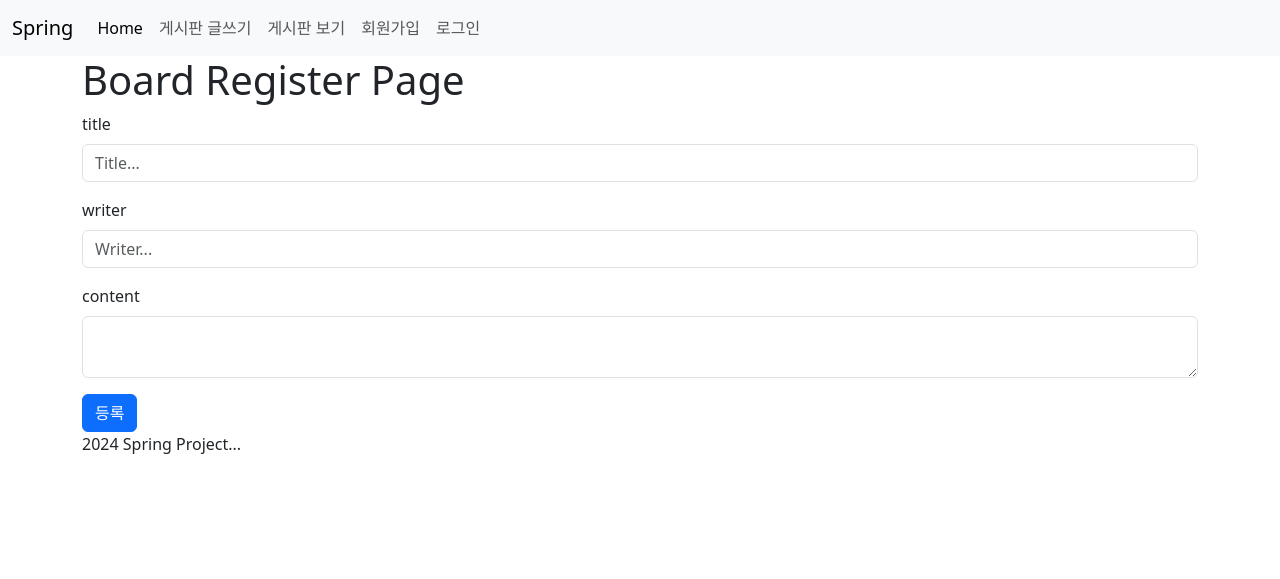
Repository: wanted2001/jsp_project
Page: http://localhost/spring_study/WEB-INF/views/board/register.jsp
These files come from the project's save history. The page is drawn as it stood at one moment and after the next save; the edit follows.
The browser window is 1280 px wide. The pictures show the whole page.
The page is served by Tomcat 9. Nobody is signed in. The template is opened directly, without the code that normally fills it, so the values that code supplies are empty.

Above is the page before, as saved 2024-04-29 01:17:03.

### spring_study/src/main/webapp/WEB-INF/views/board/register.jsp
<%@ page language="java" contentType="text/html; charset=UTF-8"
    pageEncoding="UTF-8"%>
<jsp:include page="../layout/header.jsp" />
<div class="container-md">
		<h1>Board Register Page</h1>
	<form action="/board/insert" method="post" enctype="multipart/form-data">
		<div class="mb-3">
	  		<label for="t" class="form-label">title</label>
	  		<input type="text" class="form-control" name="title" id="t" placeholder="Title...">
		</div>
		<div class="mb-3">
	  		<label for="w" class="form-label">writer</label>
	  		<input type="text" class="form-control" name="writer" id="w" placeholder="Writer..." value="${ses.id }">
		</div>
		<div class="mb-3">
  			<label for="c" class="form-label">content</label>
  			<textarea class="form-control" id="c" name="content" aria-label="With textarea"></textarea>
		</div>
		<button type="submit" class="btn btn-primary">등록</button>
	</form>
</div>
<jsp:include page="../layout/footer.jsp" />

### spring_study/src/main/webapp/WEB-INF/views/layout/header.jsp
<%@ page language="java" contentType="text/html; charset=UTF-8"
	pageEncoding="UTF-8"%>
<%@taglib uri="http://java.sun.com/jsp/jstl/core" prefix="c"%>

<!DOCTYPE html>
<html>
<head>
<meta charset="UTF-8">
<title>header.jsp</title>
<link
	href="https://cdn.jsdelivr.net/npm/bootstrap@5.3.3/dist/css/bootstrap.min.css"
	rel="stylesheet"
	integrity="sha384-QWTKZyjpPEjISv5WaRU9OFeRpok6YctnYmDr5pNlyT2bRjXh0JMhjY6hW+ALEwIH"
	crossorigin="anonymous">
<script
	src="https://cdn.jsdelivr.net/npm/bootstrap@5.3.3/dist/js/bootstrap.bundle.min.js"
	integrity="sha384-YvpcrYf0tY3lHB60NNkmXc5s9fDVZLESaAA55NDzOxhy9GkcIdslK1eN7N6jIeHz"
	crossorigin="anonymous"></script>
</head>
<body>
	<nav class="navbar navbar-expand-lg bg-body-tertiary">
		<div class="container-fluid">
			<a class="navbar-brand" href="#">Spring</a>
			<button class="navbar-toggler" type="button"
				data-bs-toggle="collapse" data-bs-target="#navbarSupportedContent"
				aria-controls="navbarSupportedContent" aria-expanded="false"
				aria-label="Toggle navigation">
				<span class="navbar-toggler-icon"></span>
			</button>
			<div class="collapse navbar-collapse" id="navbarSupportedContent">
				<ul class="navbar-nav me-auto mb-2 mb-lg-0">
					<li class="nav-item"><a class="nav-link active"
						aria-current="page" href="/">Home</a></li>
					<li class="nav-item"><a class="nav-link"
						href="/board/register">게시판 글쓰기</a></li>
					<li class="nav-item"><a class="nav-link" href="/board/list">게시판
							보기</a></li>
					<c:if test="${ses.id eq null}">
						<!-- 조건문이 조건이 맞으면 실행이니까 맞지 않으니 실행 안함. -->
						<li class="nav-item"><a class="nav-link"
							href="/member/register">회원가입</a></li>
						<li class="nav-item"><a class="nav-link" href="/member/login">로그인</a>
						</li>
					</c:if>
					<c:if test="${ses.id ne null }">
						<li class="nav-item"><a class="nav-link"
							href="/member/logout">로그아웃</a></li>
						<li class="nav-item"><a class="nav-link"
							href="/member/modify">${ses.id }(${ses.email }) welcome!!</a></li>
					</c:if>
				</ul>
			</div>
		</div>
	</nav>

### spring_study/src/main/webapp/WEB-INF/views/layout/footer.jsp
<%@ page language="java" contentType="text/html; charset=UTF-8"
    pageEncoding="UTF-8"%>
<div class="container-md">
	2024 Spring Project...
</div>

</body>
</html>

After the next save:
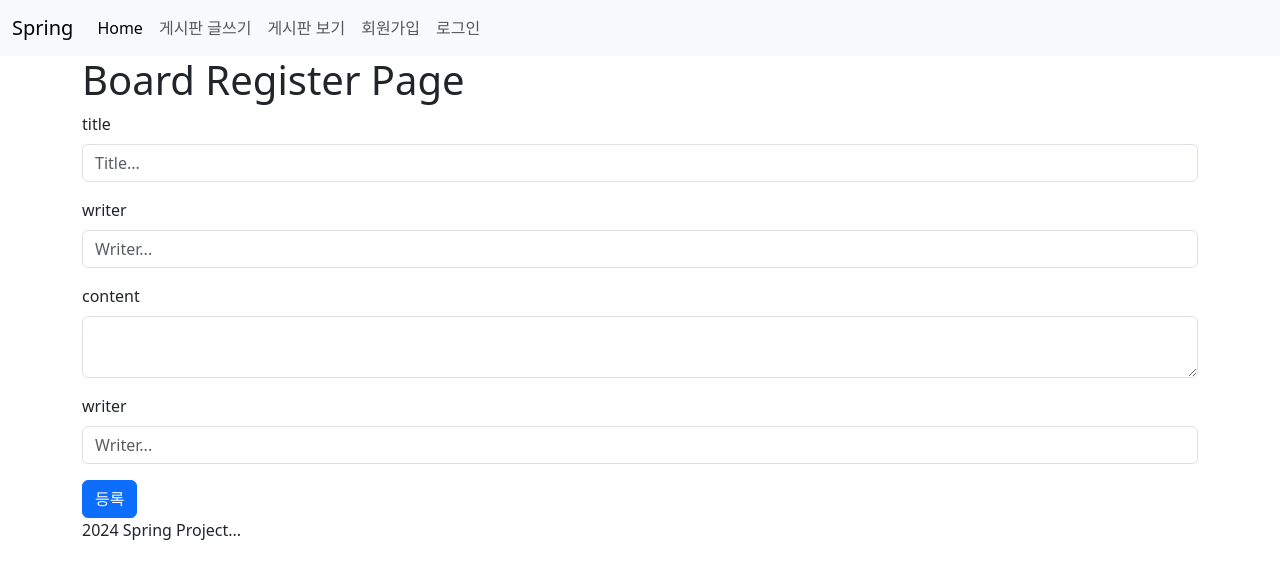
Saved 53 s later.
--- a/spring_study/src/main/webapp/WEB-INF/views/board/register.jsp
+++ b/spring_study/src/main/webapp/WEB-INF/views/board/register.jsp
@@ -16,6 +16,11 @@
   			<label for="c" class="form-label">content</label>
   			<textarea class="form-control" id="c" name="content" aria-label="With textarea"></textarea>
 		</div>
+		<!-- 파일 추가 -->
+		<div class="mb-3">
+	  		<label for="file" class="form-label">writer</label>
+	  		<input type="text" class="form-control" name="writer" id="w" placeholder="Writer..." value="${ses.id }">
+		</div>
 		<button type="submit" class="btn btn-primary">등록</button>
 	</form>
 </div>
